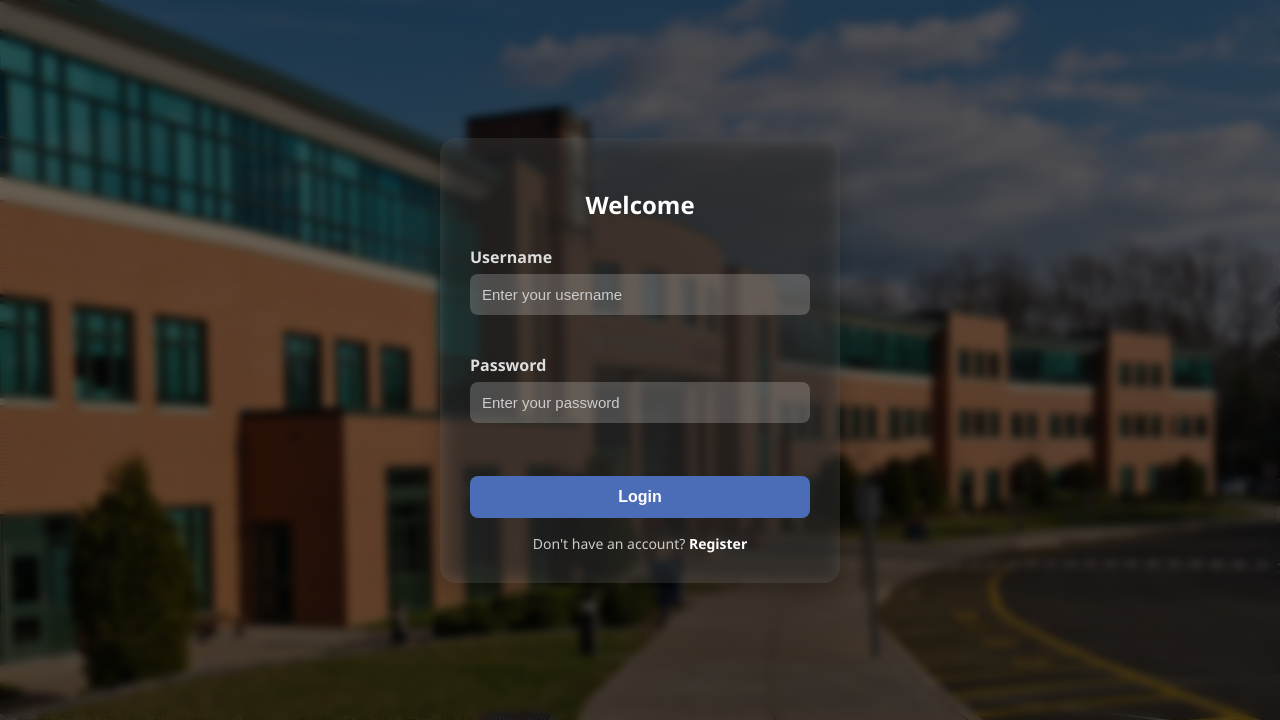
Repository: SG-Coder67/LMS
Page: login.html
The author's editor kept a copy of each file at every save. The page is drawn from the files as they stood at one save, then again after the next save.
The browser window is 1280 px wide. The pictures show the whole page.

Above is the page before, as saved 2025-04-10 07:57:15.

### login.html
<!DOCTYPE html>
<html lang="en">

<head>
    <meta charset="UTF-8" />
    <meta name="viewport" content="width=device-width, initial-scale=1.0" />
    <title>LMS Login</title>
    <style>
        * {
            box-sizing: border-box;
            margin: 0;
            padding: 0;
        }

        body {
            font-family: "Segoe UI", Tahoma, Geneva, Verdana, sans-serif;
            height: 100vh;
            display: flex;
            justify-content: center;
            align-items: center;
            overflow: hidden;
            background: #0f2027;
            background-image: url('11.jpg');
            background-size: cover;
            background-position: center;
            background-repeat: no-repeat;
            backdrop-filter: blur(4px);
        }

        .overlay {
            position: absolute;
            width: 100%;
            height: 100%;
            background: rgba(0, 0, 0, 0.6);
            z-index: 0;
        }

        .login-container {
            background: rgba(255, 255, 255, 0.1);
            backdrop-filter: blur(10px);
            padding: 30px;
            border-radius: 16px;
            box-shadow: 0 12px 25px rgba(0, 0, 0, 0.25);
            width: 100%;
            max-width: 400px;
            animation: fadeIn 0.6s ease-in-out;
            z-index: 2;
            color: #fff;
            position: relative;
        }

        .graduation-icon {
            position: absolute;
            top: -35px;
            left: 50%;
            transform: translateX(-50%);
            width: 60px;
            height: 60px;
            background-color: #1b2735;
            border-radius: 50%;
            display: flex;
            justify-content: center;
            align-items: center;
            box-shadow: 0 4px 12px rgba(0, 0, 0, 0.4);
        }

        .graduation-icon svg {
            width: 30px;
            height: 30px;
            fill: #fff;
        }

        @keyframes fadeIn {
            from {
                opacity: 0;
                transform: translateY(-20px);
            }

            to {
                opacity: 1;
                transform: translateY(0);
            }
        }

        .login-container h2 {
            text-align: center;
            margin-bottom: 25px;
            color: #fff;
            margin-top: 20px;
        }

        .input-group {
            margin-bottom: 20px;
        }

        label {
            display: block;
            margin-bottom: 6px;
            font-weight: bold;
            color: #ddd;
        }

        input {
            width: 100%;
            padding: 12px;
            border: none;
            border-radius: 8px;
            font-size: 15px;
            background: rgba(255, 255, 255, 0.2);
            color: #fff;
        }

        input::placeholder {
            color: #ccc;
        }

        input:focus {
            border: 2px solid #4b6cb7;
            outline: none;
            background: rgba(255, 255, 255, 0.3);
        }

        .error {
            color: #ff6b6b;
            font-size: 13px;
            margin-top: 5px;
            height: 14px;
        }

        button {
            background: #4b6cb7;
            color: #fff;
            padding: 12px;
            width: 100%;
            border: none;
            border-radius: 8px;
            font-size: 16px;
            font-weight: bold;
            cursor: pointer;
            transition: background 0.3s ease;
        }

        button:hover {
            background: #3a589d;
        }

        .bottom-text {
            text-align: center;
            margin-top: 16px;
            font-size: 14px;
            color: #ccc;
        }

        .bottom-text a {
            color: #fff;
            font-weight: bold;
            text-decoration: none;
        }

        .bottom-text a:hover {
            text-decoration: underline;
        }

        @media (max-width: 500px) {
            .login-container {
                margin: 20px;
                padding: 25px;
            }
        }
    </style>
</head>

<body>
    <div class="overlay"></div>
    <div class="login-container">
        <h2>Welcome</h2>
        <form id="loginForm">
            <div class="input-group">
                <label for="username">Username</label>
                <input type="text" id="username" placeholder="Enter your username" required />
                <div class="error" id="usernameError"></div>
            </div>
            <div class="input-group">
                <label for="password">Password</label>
                <input type="password" id="password" placeholder="Enter your password" required autocomplete="off" />
                <div class="error" id="passwordError"></div>
            </div>
            <div class="error" id="loginError"></div>
            <button type="submit">Login</button>
        </form>
        <div class="bottom-text">
            Don't have an account? <a href="register.html">Register</a>
        </div>
    </div>

    <script>
        document.getElementById("loginForm").addEventListener("submit", function (event) {
            event.preventDefault();
            let username = document.getElementById("username").value.trim();
            let password = document.getElementById("password").value.trim();
            let usernameError = document.getElementById("usernameError");
            let passwordError = document.getElementById("passwordError");
            let loginError = document.getElementById("loginError");
            usernameError.textContent = "";
            passwordError.textContent = "";
            loginError.textContent = "";
            if (username.length > 16) {
                usernameError.textContent = "Username must be less than 16 characters";
                return;
            }
            if (password.length < 8 || password.length > 16) {
                passwordError.textContent = "Password must be between 8 and 16 characters";
                return;
            }
            let xhr = new XMLHttpRequest();
            xhr.open("POST", "/api/auth/login", true);
            xhr.setRequestHeader("Content-Type", "application/json");
            xhr.withCredentials = true;
            xhr.onreadystatechange = function () {
                if (xhr.readyState === 4) {
                    let responseText = xhr.responseText;
                    let data = {};
                    try {
                        data = responseText ? JSON.parse(responseText) : {};
                    } catch (e) {
                        console.error("Failed to parse response:", responseText);
                        loginError.textContent = "An unexpected error occurred. Please try again.";
                        return;
                    }
                    if (xhr.status === 200 && data.msg === "Login successful") {
                        if (data.role === "student") {
                            window.location.href = "/student_dashboard.html";
                        } else if (data.role === "teacher") {
                            window.location.href = "/teacher_dashboard.html";
                        } else {
                            loginError.textContent = "Login successful, but role unknown. Cannot redirect.";
                        }
                    } else {
                        loginError.textContent = data.msg || "Login failed. Please check username and password.";
                        console.error("Login failed:", data.msg || xhr.status);
                    }
                }
            };
            xhr.onerror = function () {
                loginError.textContent = "Network error occurred. Please check your connection.";
            };
            xhr.send(JSON.stringify({ username, password }));
        });
    </script>
</body>

</html>

After the next save:
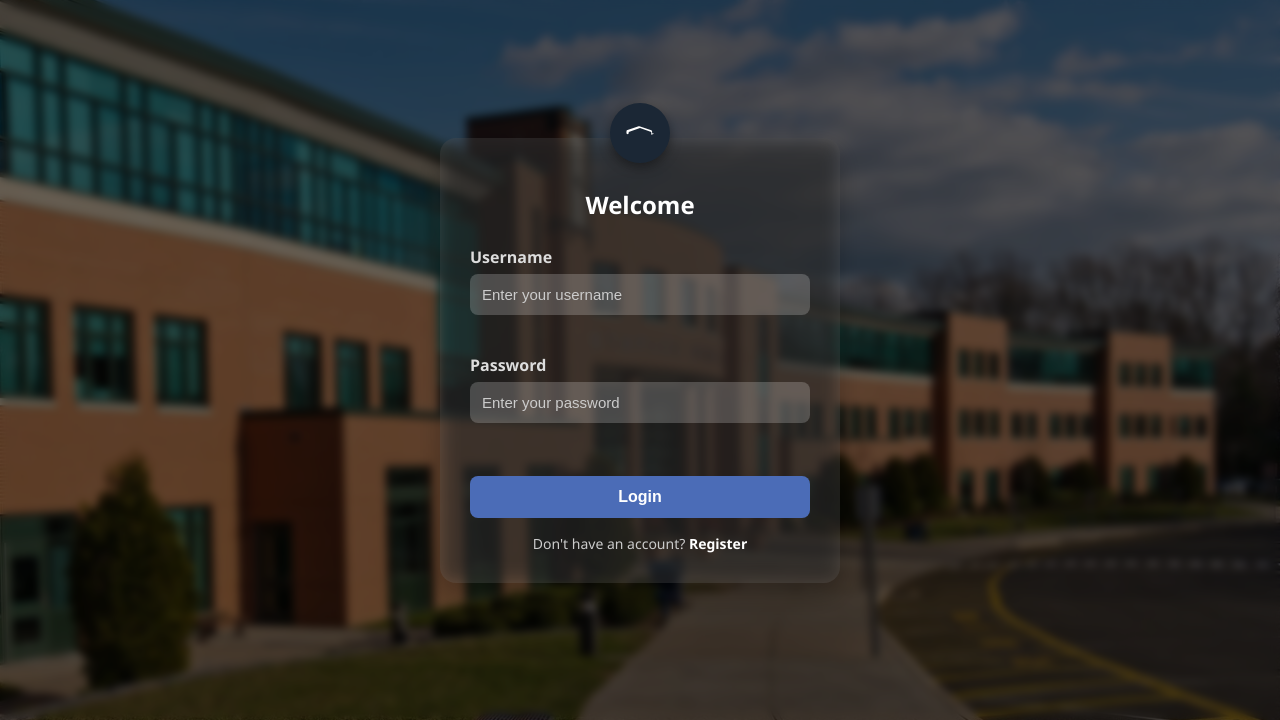
Saved 18 min 1 s later.
--- a/login.html
+++ b/login.html
@@ -173,6 +173,16 @@
 <body>
     <div class="overlay"></div>
     <div class="login-container">
+        <div class="graduation-icon">
+            <svg xmlns="http://www.w3.org/2000/svg" viewBox="0 0 640 512">
+                <path d="M622.3 271.1c-17.8-4.5-30.6-7.8-44.3-11.3v-37.5c0-10.5-6.7-19.9-16.7-23.2l-254-88c-5.1-1.8-10.6-1.8-15.7 0l-254
+88C37.7 202.4 31 211.8 31 222.3V256c0 13.3 10.7 24 24 24s24-10.7 24-24v-22.3L320 150l240 83v61.5c-36.4-8.9-77.3-
+16.3-120.6-21.3-8.8-1.1-16.7 5.5-16.7 14.4v76.4c0 5.9 3.2 11.3 8.3 14.1 31.1 16.5 68.5 46.7 75.2 74.5H160c6.8-27.9 44.1-
+58 75.2-74.5 5.1-2.7 8.3-8.1 8.3-14.1v-76.4c0-8.9-7.9-15.5-16.7-14.4-86.6 10.8-162.2 32.6-213.8 50.5C3.6 329.8-5.8 347.2
+2.2 362.3S31.5 384 46.2 376.1c47.4-24.6 142.3-54.6 254.4-54.6s207 30 254.4 54.6c14.7 7.9 33.2-.2 41.2-15.3s-1.5-32.5-
+17.9-35.7z" />
+            </svg>
+        </div>
         <h2>Welcome</h2>
         <form id="loginForm">
             <div class="input-group">
@@ -192,7 +202,6 @@
             Don't have an account? <a href="register.html">Register</a>
         </div>
     </div>
-
     <script>
         document.getElementById("loginForm").addEventListener("submit", function (event) {
             event.preventDefault();
